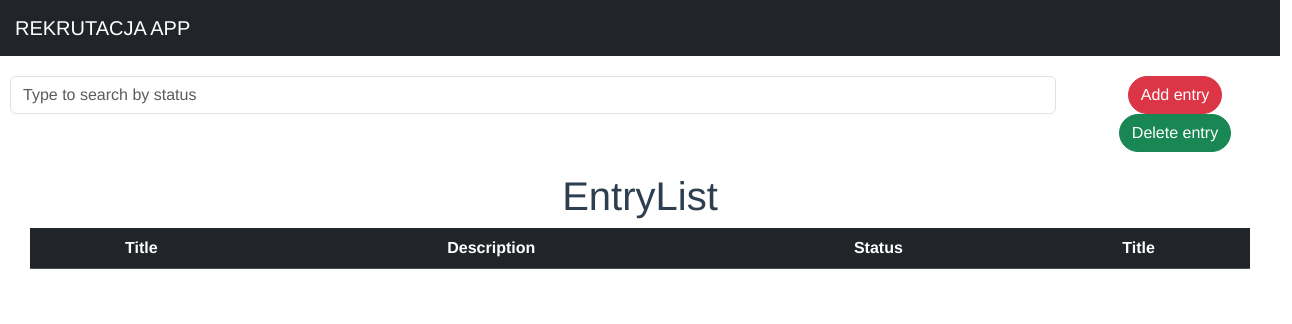
Repository: Madaless/vue_elastic
Page: / (app in vuejsapp/crudapp/)
The author's editor kept a copy of each file at every save. The page is drawn from the files as they stood at one save, then again after the next save.
The browser window is 1280 px wide. The page is 1292 px wide, so the pictures cover 1292 px, including what lies to the right of the window. The pictures show the whole page.
The page's requests for data from a server got no answer. The project was rebuilt for these pictures with package versions that can differ from the ones it lists, and the page was loaded fresh each time. No one was signed in, and anything a server would have sent is missing.

Above is the page before, as saved 2021-09-12 13:52:40.

### vuejsapp/crudapp/src/main.js
import Vue from 'vue'
import App from './App.vue'
import store from  './store/index'
import { BootstrapVue, IconsPlugin } from 'bootstrap-vue'

// Import Bootstrap an BootstrapVue CSS files (order is important)
import 'bootstrap/dist/css/bootstrap.css'
import 'bootstrap-vue/dist/bootstrap-vue.css'

// Make BootstrapVue available throughout your project
Vue.use(BootstrapVue)
// Optionally install the BootstrapVue icon components plugin
Vue.use(IconsPlugin)

Vue.config.productionTip = false

new Vue({
  store,
  render: h => h(App),
}).$mount('#app')

### vuejsapp/crudapp/src/App.vue
<template>
  <div id="app">
    <b-navbar class="navbar navbar-expand navbar-dark bg-dark">
      <b-navbar-brand id="header" href="#">REKRUTACJA APP</b-navbar-brand>
    </b-navbar>

    <b-row id = "filterEntry">
      <b-col sm="10"><FilterEntry /></b-col>
      <b-col sm="2"><AddEntry /></b-col>
    </b-row>

    <EntryList />
  </div>
</template>

<script>
import AddEntry from "./components/AddEntry.vue";
import FilterEntry from "./components/FilterEntry.vue";
import EntryList from "./components/EntryList.vue";

export default {
  name: "App",
  components: {
    AddEntry,
    FilterEntry,
    EntryList,
  },
};
</script>

<style>
#app {
  font-family: Avenir, Helvetica, Arial, sans-serif;
  -webkit-font-smoothing: antialiased;
  -moz-osx-font-smoothing: grayscale;
  text-align: center;
  color: #2c3e50;
}
#header {
  padding-left: 15px;
}

#filterEntry {
    padding-top: 20px;
    padding-bottom: 20px;
    padding-left: 10px;
    padding-right: 10px;
}
</style>

### vuejsapp/crudapp/src/store/index.js
import Vuex from 'vuex';
import Vue from 'vue';
import entryList from './modules/entryList';

Vue.use(Vuex);

export default new Vuex.Store({
    modules: {
        entryList
    }
})

### vuejsapp/crudapp/src/components/AddEntry.vue
<template>
  <div>
    <b-button pill block variant="danger">Add entry</b-button>
    <b-button pill block variant="success">Delete entry</b-button>
  </div>
</template>

<script>
export default {
  setup() {},
};
</script>

<style scoped>
</style>

### vuejsapp/crudapp/src/components/FilterEntry.vue
<template>
  <div>
    <b-form-input
      id="filter-input"
      v-model="filter"
      type="search"
      placeholder="Type to search by status"
    ></b-form-input>
  </div>
</template>

<script>
export default {
  setup() {},
};
</script>

<style scoped>

</style>

### vuejsapp/crudapp/src/components/EntryList.vue
<template>
  <div id="entryList">
    <h1>EntryList</h1>

    <div class="todos">
      <table class="table table-striped table-dark">
        <thead>
          <tr>
            <th>Title</th>
            <th>Description</th>
            <th>Status</th>
            <th>Title</th>
          </tr>
        </thead>
        <tbody>
          <tr v-for="entry in entryList" v-bind:key="entry.key">

              <td>{{ entry.title }}</td>
            </tr>

        </tbody>
      </table>
    </div>
  </div>
</template>

<script>
import { mapGetters, mapActions } from "vuex";

export default {
  name: "EntryList",
  methods: {
    ...mapActions(["fetchEntryList"]),
  },
  computed: mapGetters(["entryList"]),
  created() {
    this.fetchEntryList();
  },
};
</script>

<style scoped>
#entryList {
  padding-left: 30px;
  padding-right: 30px;
}
</style>

### vuejsapp/crudapp/src/store/modules/entryList.js
import axios from 'axios';

const state = {
  entryList: []
};
// get the state
const getters = {
  entryList: (state) => {
    return state.entryList
  }
};

const actions = {
    // fetch from api
  async fetchEntryList({ commit }) {
    const response = await axios.get('https://jsonplaceholder.typicode.com/todos');

    commit('setEntryList', response.data);
  }
}

const mutations = {
    setEntryList: (state, entryList) => (state.entryList = entryList)
};

export default {
    state,
    getters,
    actions,
    mutations
};

Loaded but not shown: vuejsapp/crudapp/public/index.html (common file)

After the next save:
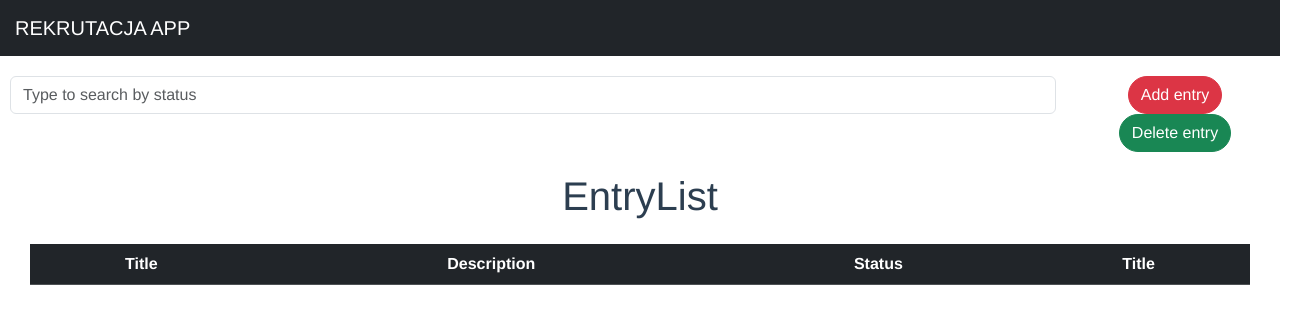
Saved 45 min 57 s later.
--- a/vuejsapp/crudapp/src/components/EntryList.vue
+++ b/vuejsapp/crudapp/src/components/EntryList.vue
@@ -3,6 +3,10 @@
     <h1>EntryList</h1>
 
     <div class="todos">
+
+       <b-table
+      :items="items"
+      :fields="fields"/>
       <table class="table table-striped table-dark">
         <thead>
           <tr>
